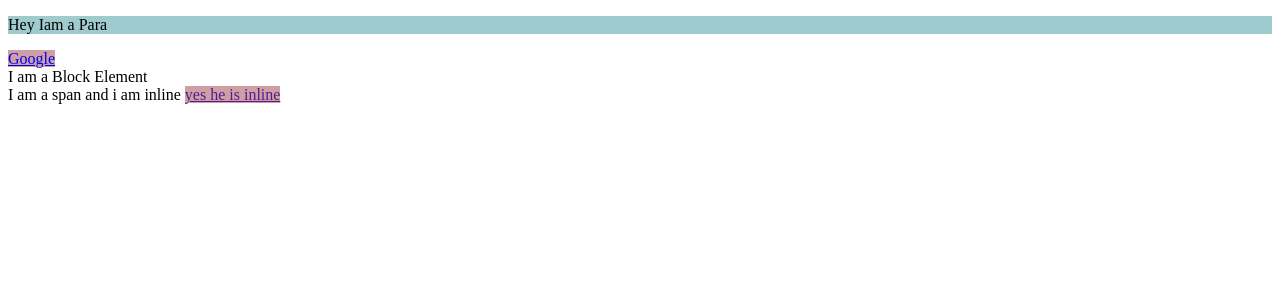
Repository: Mohan2347/Project-2
Page: 6.html
An editor plug-in stored every save of this project. The page is shown before and after the next save, followed by the edit.
The browser window is 1280 px wide. The pictures show the whole page.

Above is the page before, as saved 2024-11-13 21:43:47.

After the next save:
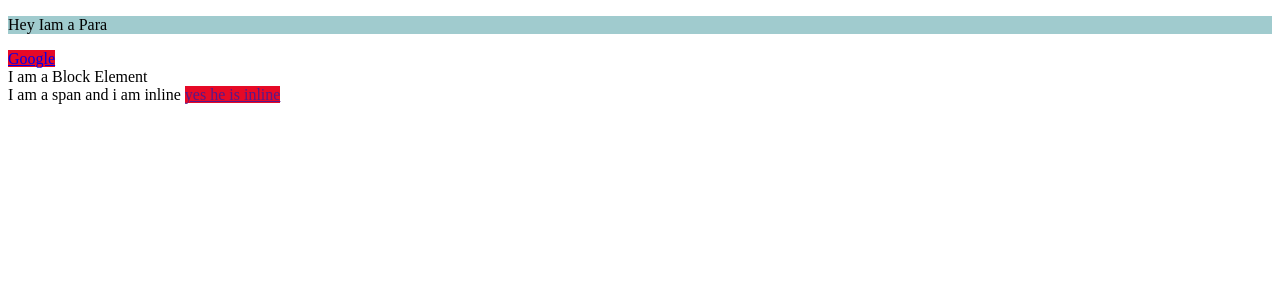
Saved 7 s later.
--- a/3.css
+++ b/3.css
@@ -3,5 +3,5 @@ p{
 }
 
 a{
-    background-color: rgb(206, 160, 166);
+    background-color: rgb(230, 9, 38);
 }
